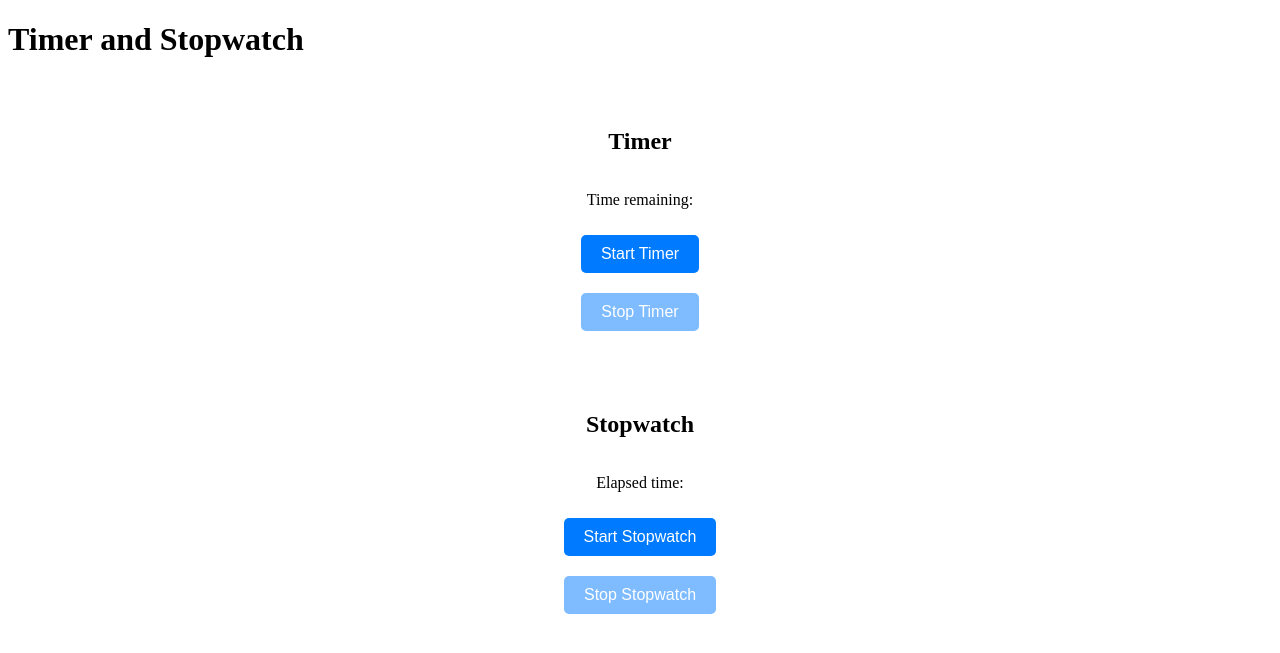
Repository: anonymous1508/CodeClause_Timerand_Stopwatch
Page: index.html
An editor plug-in stored every save of this project. The page is shown before and after the next save, followed by the edit.
The browser window is 1280 px wide. The pictures show the whole page.

Above is the page before, as saved 2023-05-04 17:38:33.
Not found: timer.js

After the next save:
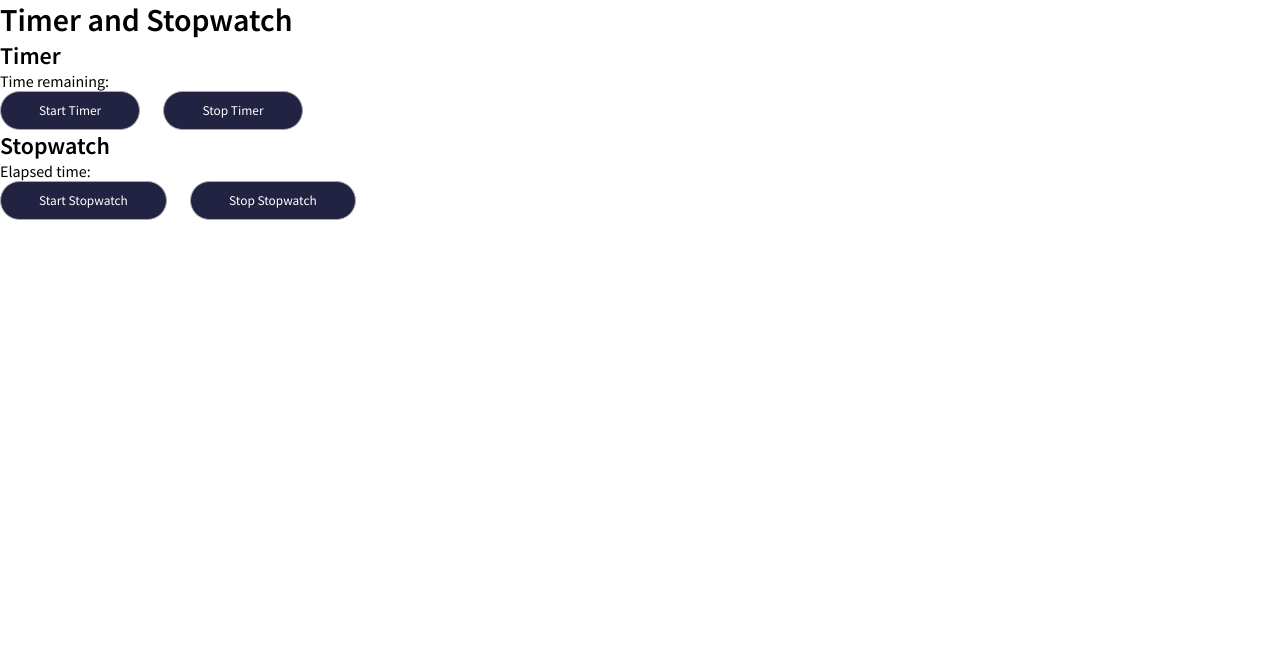
Saved 2 min 4 s later.
--- a/style.css
+++ b/style.css
@@ -1,23 +1,102 @@
-.timer-container,
-.stopwatch-container {
-  display: flex;
-  flex-direction: column;
-  align-items: center;
-  margin-top: 50px;
+@import url('https://fonts.googleapis.com/css2?family=Source+Sans+Pro:wght@400;600&display=swap');
+*{
+    margin: 0;
+    padding: 0;
+    font-family: 'Source Sans Pro', sans-serif;
+}
+.container{
+    background-color: #222242;
+    height: 100vh;
+    width: 100%;
+    text-align: center;
+    position: absolute;
 }
 
+.wrapper{
+    position: relative;
+    top: 50%;
+    left: 50%;
+    transform: translate(-50%,-50%);
+}
+.wrapper p{
+    position: relative;
+    display: inline-block;
+    color: #ffffff;
+    z-index: 9999;
+    font-size: 48px;
+    margin-bottom: 120px;
+}
+.wrapper p::before{
+    content: '';
+    position: absolute;
+    width: 200px;
+    height: 200px;
+    background-color: #151538;
+    z-index: -1;
+    border-radius: 50%;
+	left: -10%;
+    top: -118%;
+    animation-name: shine;
+    animation-duration: 3s;
+    animation-iteration-count: infinite;
+}
+@keyframes shine{
+    0%,100%{
+        box-shadow: 0px 0px 32px -12px rgba(246, 180, 0, .5);
+    }
+    50%{
+        box-shadow: 0px 0px 32px 3px rgba(246, 180, 0, .5);
+    }
+}
 button {
-  margin: 10px;
-  padding: 10px 20px;
-  font-size: 16px;
-  border: none;
-  border-radius: 5px;
-  background-color: #007bff;
-  color: #fff;
-  cursor: pointer;
+    background-color: #222242;
+    padding: 10px 38px;
+    border: 1px solid #A9A9A9;
+    border-radius: 28px;
+    color: #fff;
+    transition: all .2s ease;
+    outline: 0;
+}
+button:not(:last-child){
+    margin-right: 20px;
+}
+button:hover,
+button:focus
+{
+    border-color: #F6B400;
+    color: #F6B400;
+    box-shadow: 0px 4px 27px -12px #F6B400;
 }
 
-button:disabled {
-  opacity: 0.5;
-  cursor: default;
-}
+.timer {
+    font-family: sans-serif;
+    display: inline-block;
+    padding: 24px 32px;
+    border-radius: 30px;
+    background: white;
+    margin:450px;
+  }
+
+.timer__part {
+    font-size: 36px;
+    font-weight: bold;
+  }
+
+.timer__btn {
+    width: 50px;
+    height: 50px;
+    margin-left: 16px;
+    border-radius: 50%;
+    border: none;
+    color: white;
+    background: #8208e6;
+    cursor: pointer;
+  }
+
+.timer__btn--start {
+    background: #00b84c;
+  }
+
+.timer__btn--stop {
+    background: #ff0256;
+  }
